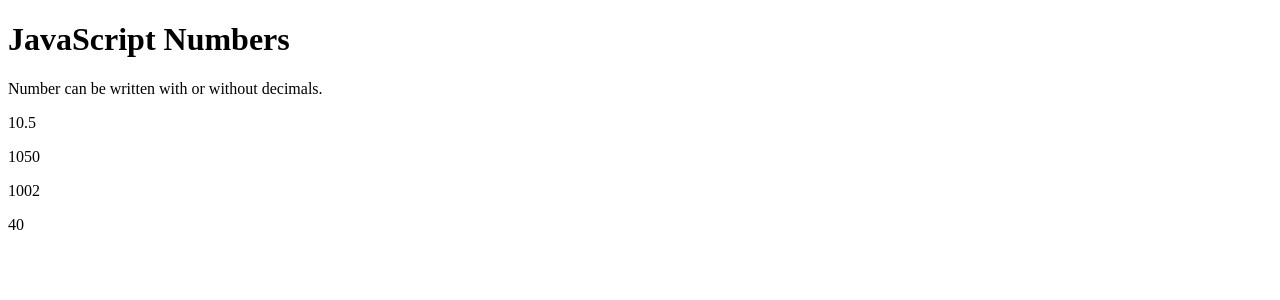
Repository: jyoti3693/demorepo
Page: http://localhost/CSSPro/num_with_decimal_without_decimal.jsp
An editor plug-in stored every save of this project. The page is shown before and after the next save, followed by the edit.
The browser window is 1280 px wide. The pictures show the whole page.
The page is served by Tomcat 9.

Above is the page before, as saved 2015-06-11 10:03:29.

After the next save:
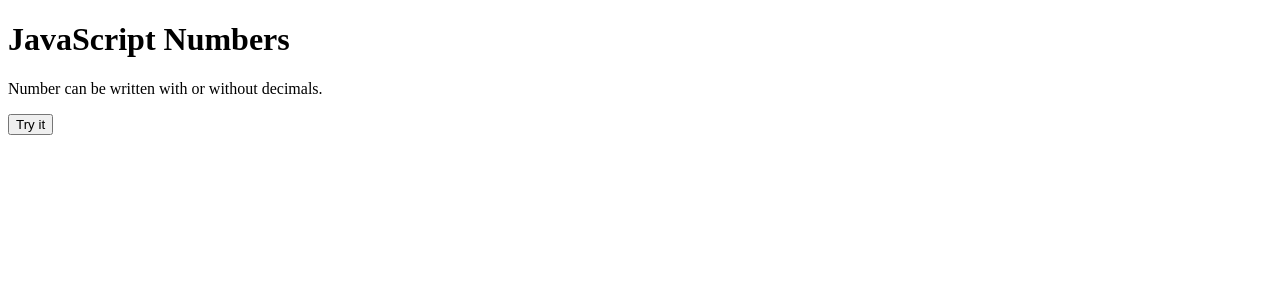
Console error: SyntaxError: Unexpected token '}'
Saved 66 s later.
--- a/CSSPro/WebContent/num_with_decimal_without_decimal.jsp
+++ b/CSSPro/WebContent/num_with_decimal_without_decimal.jsp
@@ -13,11 +13,15 @@
 <p id="demo2"></p>
 <p id="demo3"></p>
 <script>
+function myFunction(){}
 document.getElementById("demo").innerHTML = 10.50;
 document.getElementById("demo1").innerHTML = 1050;
 document.getElementById("demo2").innerHTML = 1002;
 document.getElementById("demo3").innerHTML = 050;
+}
 </script>
-
+<p>
+<button type="button" onclick="myFunction()">Try it</button>
+</p>
 </body>
 </html>
